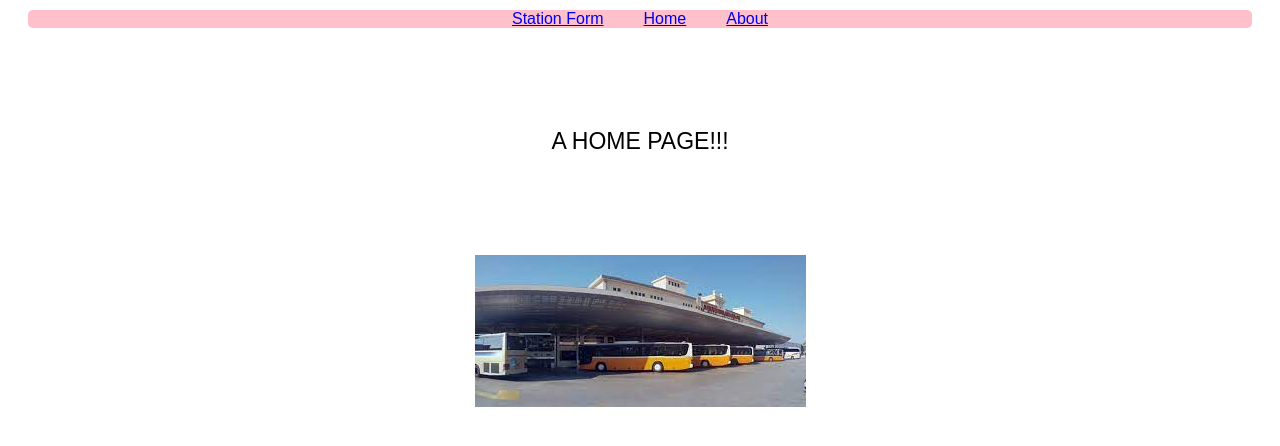
Repository: rutsguifd/mkr2
Page: /
The author's editor kept a copy of each file at every save. The page is drawn from the files as they stood at one save, then again after the next save.
The browser window is 1280 px wide. The pictures show the whole page.
The project was rebuilt for these pictures with package versions that can differ from the ones it lists, and the page was loaded fresh each time. Also part of the build but not shown: src/views/About.vue, src/components/FavoriteTrips.vue, src/components/AddTrip.vue, src/components/TripCard.vue, src/views/StationForm.vue.

Above is the page before, as saved 2021-12-21 22:26:53.

### src/App.vue
<template>
  <div>
    <router-view />
  </div>
</template>

<script>
  export default {

  }
</script>

<style lang="scss" scoped>

</style>

### src/router/index.js
import { createRouter, createWebHashHistory } from 'vue-router'
import Home from '../views/Home.vue'
import About from '../views/About.vue'
import StationForm from '../views/StationForm.vue'


const routes = [
  {
    path: '/',
    name: 'Home',
    component: Home
  },
  {
    path: '/about',
    name: 'About',
    component: About
  },
  {
    path: '/station-form',
    name: 'StationForm',
    component: StationForm
  }
]

const router = createRouter({
  history: createWebHashHistory(),
  routes
})

export default router

### src/store/index.js
import { createStore } from 'vuex'

export default createStore({
  state: {
    tripInfo: [
      {
        id: 1,
        tripStart: "Uzh",
        tripEnd: "Muk",
        tripDuration: "1 hour",
        tripPrice: "500",
        vehicle: "Bus"
      },
      {
        id: 2,
        tripStart: "Kiev",
        tripEnd: "Muk",
        tripDuration: "2 hours",
        tripPrice: "1000",
        vehicle: "Train"
      },
      {
        id: 3,
        tripStart: "Lviv",
        tripEnd: "Uzh",
        tripDuration: "1.5 hours",
        tripPrice: "500",
        vehicle: "Bus"
      }
    ],
    favoriteTrips: []
  },
  mutations: {
    addTrip(state, trip) {
      state.tripInfo.push({
        tripStart: trip.start,
        tripEnd: trip.end,
        tripDuration: trip.dur,
        tripPrice: trip.price,
        vehicle: trip.veh
      })
    },
    deleteTrip(state, ind) {
      state.tripInfo.splice(ind, 1)
    },
    addToFavorites(state, trip) {
      state.favoriteTrips.push({
        tripStart: trip.start,
        tripEnd: trip.end,
        tripDuration: trip.dur,
        tripPrice: trip.price,
        vehicle: trip.veh
      });
      console.log(state.favoriteTrips)
    }
  },
  actions: {},
  getters: {
    AllTrips(state) {
      return state.tripInfo
    },
    AllFavoriteTrips(state) {
      return state.favoriteTrips
    }
  }
})

### src/views/Home.vue
<template>
  <Header />
  <div class="fz">A HOME PAGE!!!</div>
  <div>
    <img
      src="data:[embedded picture, 8987 characters]"
    />
  </div>
</template>

<script>
import Header from "../components/Header.vue";
export default {
  name: "Home",
  components: {
    Header,
  },
};
</script>

<style lang="scss" scoped>
* {
  margin: 0;
  padding: 0;
  box-sizing: border-box;
  font-family: "Fira Sans", sans-serif;
}
div {
  .fz {
    font-size: 23px;
  }
  margin-top: 100px;
  text-align: center;
}
</style>

### src/components/Header.vue
<template>
  <div class="header">
    <span><router-link to="/station-form">Station Form</router-link></span>
    <span><router-link to="/">Home</router-link></span>
    <span><router-link to="/about">About</router-link></span>
  </div>
</template>

<script>
export default {};
</script>

<style lang="scss" scoped>
.header{
    text-align: center;
    margin: 10px 20px;
    background: pink;
    border-radius: 5px;
    span{
        margin: 0px 20px;
    }
}
</style>

Loaded but not shown: public/index.html (common file); src/main.js (common file)

After the next save:
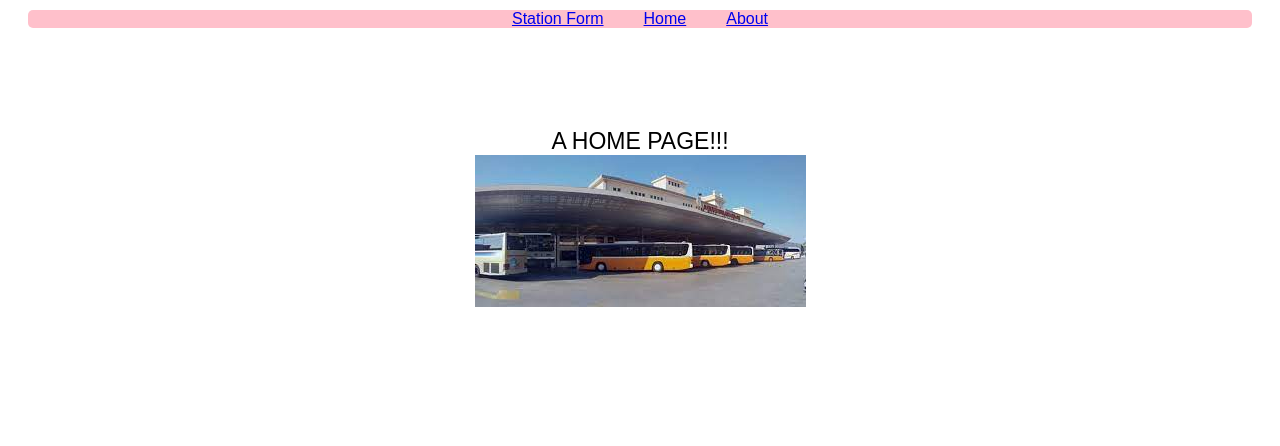
Saved 8 s later.
--- a/src/views/Home.vue
+++ b/src/views/Home.vue
@@ -28,8 +28,8 @@ export default {
 div {
   .fz {
     font-size: 23px;
+    margin-top: 100px;
   }
-  margin-top: 100px;
   text-align: center;
 }
 </style>
